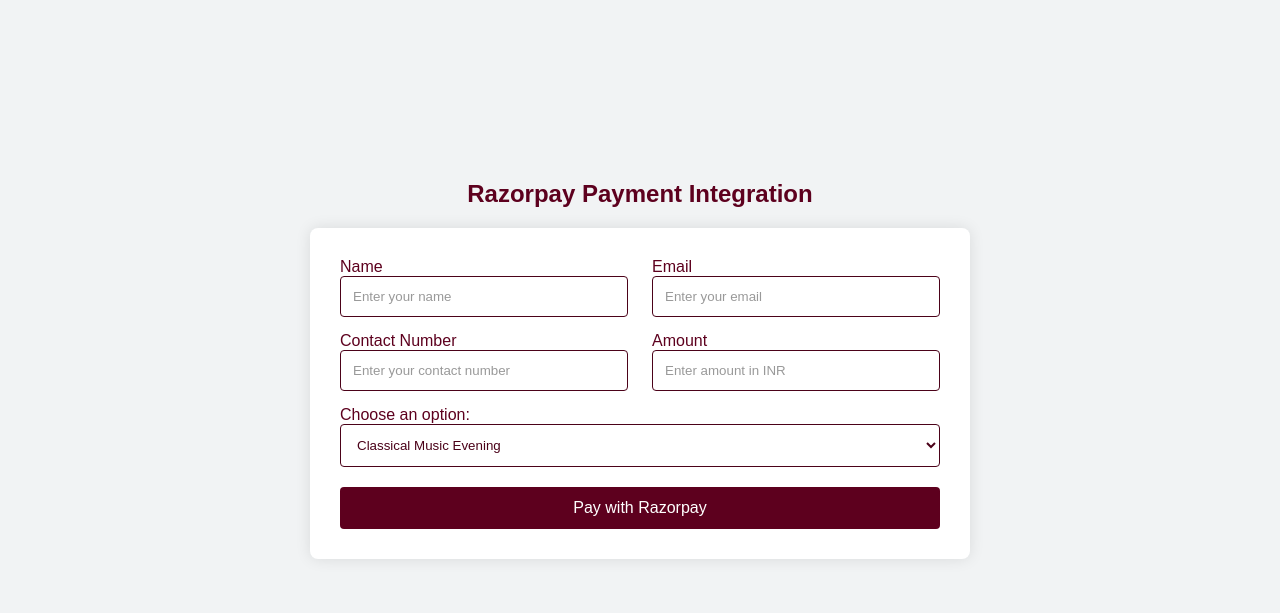
Repository: SharonSebastian32/razorpaypaymentgateway_implementation
Page: bookEventpage.html
These files come from the project's save history. The page is drawn as it stood at one moment and after the next save; the edit follows.
The browser window is 1280 px wide. The pictures show the whole page.

Above is the page before, as saved 2024-08-09 08:17:55.

### bookEventpage.html
<!DOCTYPE html>
<html lang="en">
  <head>
    <meta charset="UTF-8" />
    <meta name="viewport" content="width=device-width, initial-scale=1.0" />
    <title>Razorpay Payment Integration</title>
    <style>
      :root {
        --primary-pink: #5d001e;
        --light-blue: #e8f0fe;
        --dark-pink: #4b0219;
        --white: #ffffff;
        --light-gray: #f1f3f4;
      }

      body {
        font-family: Arial, sans-serif;
        background-color: var(--light-gray);
        display: flex;
        justify-content: center;
        align-items: center;
        height: 100vh;
        margin: 0;
      }

      h2 {
        text-align: center;
        color: var(--primary-pink);
        margin-bottom: 20px;
      }

      #paymentForm {
        background-color: var(--white);
        padding: 30px;
        border-radius: 8px;
        box-shadow: 0 0 15px rgba(0, 0, 0, 0.1);
        width: 600px;
      }

      .form-row {
        display: flex;
        justify-content: space-between;
        margin-bottom: 15px;
      }

      .form-group {
        flex: 0 0 48%;
      }

      input,
      select {
        width: 100%;
        padding: 12px;
        border: 1px solid var(--dark-pink);
        border-radius: 4px;
        box-sizing: border-box;
        background-color: var(--white);
        color: var(--dark-pink);
        transition: border-color 0.3s ease;
      }

      input:focus,
      select:focus {
        outline: none;
        border-color: var(--primary-pink);
      }

      input::placeholder {
        color: #999;
      }

      label {
        display: block;
        margin-top: px;
        color: var(--primary-pink);
        font-weight: 300;
      }

      #rzp-button1 {
        width: 100%;
        padding: 12px;
        background-color: var(--primary-pink);
        color: var(--white);
        border: none;
        border-radius: 4px;
        cursor: pointer;
        font-size: 16px;
        margin-top: 20px;
        transition: background-color 0.3s ease;
      }

      #rzp-button1:hover {
        background-color: var(--dark-pink);
      }
    </style>
  </head>
  <body>
    <div>
      <h2>Razorpay Payment Integration</h2>
      <form id="paymentForm">
        <div class="form-row">
          <div class="form-group">
            <label for="">Name</label>
            <input
              type="text"
              id="name"
              placeholder="Enter your name"
              required
            />
          </div>
          <div class="form-group">
            <label for="">Email</label>

            <input
              type="email"
              id="email"
              placeholder="Enter your email"
              required
            />
          </div>
        </div>
        <div class="form-row">
          <div class="form-group">
            <label for="">Contact Number</label>

            <input
              type="text"
              id="contact"
              placeholder="Enter your contact number"
              required
            />
          </div>
          <div class="form-group">
            <label for="">Amount</label>
            <input
              type="text"
              id="amount"
              placeholder="Enter amount in INR"
              required
            />
          </div>
        </div>
        <label for="choices">Choose an option:</label>
        <select id="choices" name="choices">
          <!-- Options will be dynamically generated here -->
        </select>
        <button id="rzp-button1" type="submit">Pay with Razorpay</button>
      </form>
    </div>

    <!--------------------------paymentGatewayScripts--------------->
    <script src="./Script/paymentGateway.js"></script>

    <!--------------------------razorpayScript ---------------------->
    <script src="https://checkout.razorpay.com/v1/checkout.js"></script>
  </body>
</html>

### Script/paymentGateway.js
document.getElementById("paymentForm").addEventListener("submit", function (e) {
  e.preventDefault();
  var name = document.getElementById("name").value;
  var email = document.getElementById("email").value;
  var contact = document.getElementById("contact").value;
  var amount = document.getElementById("amount").value * 100;
  // Convert amount to paise

  var options = {
    key: "rzp_test_gCzBTQcb92KH3e", // Enter the Key ID generated from the Dashboard
    amount: amount.toString(), // Amount in currency subunits (100 paise = 1 INR)
    currency: "INR",
    name: "Ozwalz Events",
    description: "Thank You for booking event with Ozwalz Events",
    image: "./assets/images/logo.png",

    handler: function (response) {
      // Handle the response from Razorpay after payment
      // You can redirect to another page or save the response to your database
    },
    prefill: {
      name: name,
      email: email,
      contact: contact,
    },
    notes: {
      description: "Thank You for booking event with Ozwalz Events",
    },
    theme: {
      color: "##5D001E",
    },
  };

  var rzp1 = new Razorpay(options);
  rzp1.open();
});

// API FOR FETCHING EVENTNAME

let eventData;

fetch("./JSON/event.json")
  .then((response) => response.json())
  .then((data) => {
    eventData = data;

    // Populate the select element with event names
    const selectElement = document.getElementById("choices");
    data.forEach((event) => {
      const option = document.createElement("option");
      option.value = event.id;
      option.text = event.eventName;
      selectElement.add(option);
    });

    // Add event listener to the select element
    selectElement.addEventListener("change", updatePriceInput);
  })
  .catch((error) => console.error("Error:", error));

function updatePriceInput() {
  const selectedEventId = document.getElementById("choices").value;
  const selectedEvent = eventData.find((event) => event.id === selectedEventId);

  if (selectedEvent) {
    document.getElementById("amount").value = selectedEvent.price.basePrice;
  } else {
    document.getElementById("amount").value = "";
  }
}

Loaded but not shown: JSON/event.json (899 lines, source omitted)

After the next save:
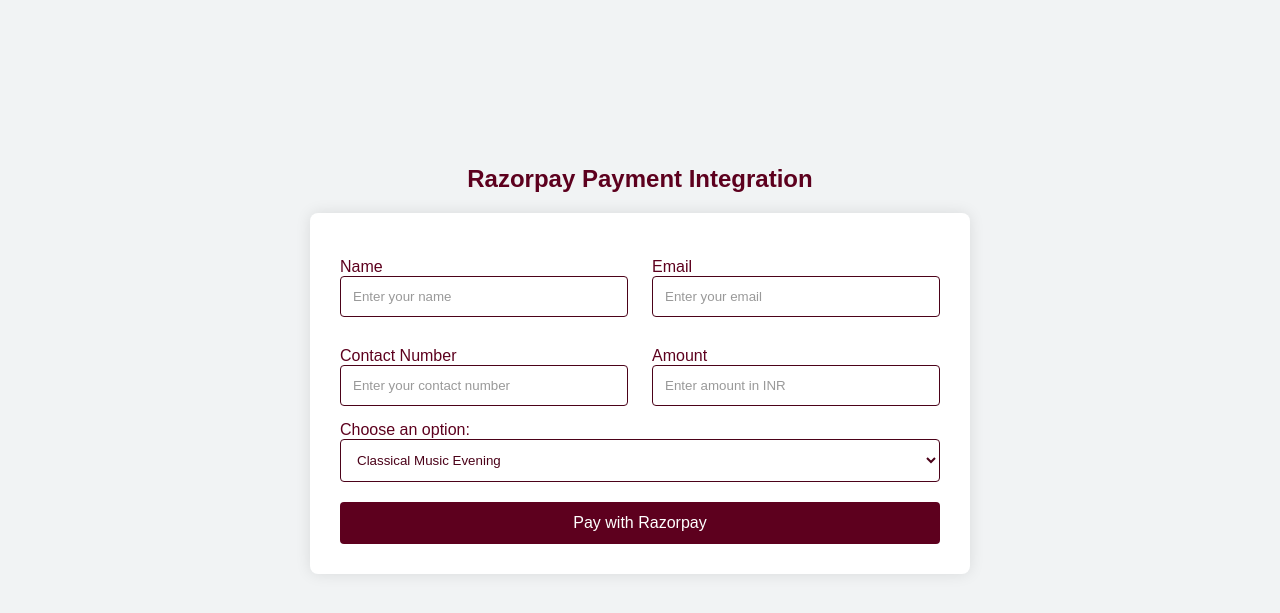
Saved 5 s later.
--- a/bookEventpage.html
+++ b/bookEventpage.html
@@ -71,7 +71,7 @@
 
       label {
         display: block;
-        margin-top: px;
+        margin-top: 15px;
         color: var(--primary-pink);
         font-weight: 300;
       }
